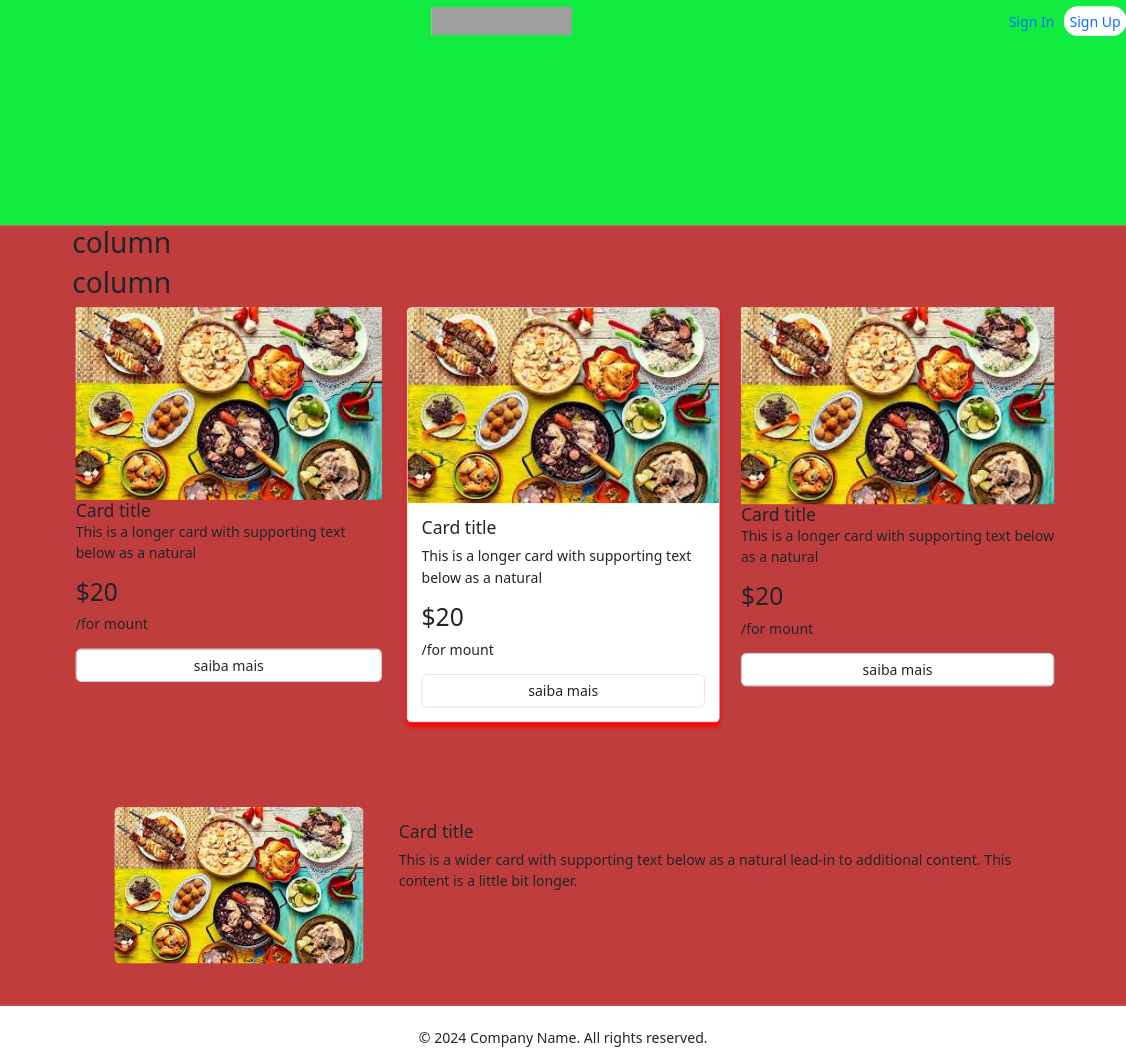
Repository: Joao-Rafael-mob/repoCurso
Page: index.html
The author's editor kept a copy of each file at every save. The page is drawn from the files as they stood at one save, then again after the next save.
The browser window is 1280 px wide. The pictures show the whole page, at 88% of full size.
Pictures or frames that could not be fetched are drawn as grey boxes.

Above is the page before, as saved 2024-09-27 10:00:50.

### index.html
<!DOCTYPE html>
<html lang="en">
  <head>
    <meta charset="UTF-8" />
    <meta name="viewport" content="width=device-width, initial-scale=1.0" />
    <title>Document</title>
    <link rel="stylesheet" href="styles.css" />
    <link
      href="https://cdn.jsdelivr.net/npm/bootstrap@5.3.3/dist/css/bootstrap.min.css"
      rel="stylesheet"
      integrity="sha384-QWTKZyjpPEjISv5WaRU9OFeRpok6YctnYmDr5pNlyT2bRjXh0JMhjY6hW+ALEwIH"
      crossorigin="anonymous"
    />
  </head>

  <body>
    <div class="imagem-fundo">
      <nav class="navbar">
        <img src="logo.png" alt="Logo" />
        <div class="nav-links">
          <a href="#" class="nav-link1">Sign In</a>
          <a href="#" class="nav-link2">Sign Up</a>
        </div>
      </nav>
    </div>
    <main>
      <div class="container">
        <div class="row row-cols-1">
          <div class="col h2">column</div>
          <div class="col h2">column</div>
        </div>
        <div class="row row-cols-1 row-cols-md-3 g-4">
          <div class="col px-3">
            <div>
              <img src="banner.jpeg" class="card-img-top" alt="" />
              <div class="card-body">
                <h5 class="card-title">Card title</h5>
                <p class="" style="max-height: 4rem; overflow: hidden">
                  This is a longer card with supporting text below as a natural
                </p>

                <h3>$20</h3>
                <p>/for mount</p>

                <button class="form-control">saiba mais</button>
              </div>
            </div>
          </div>
          <div class="col">
            <div class="card">
              <img src="banner.jpeg" class="card-img-top" alt="" />
              <div class="card-body">
                <h5 class="card-title">Card title</h5>
                <p class="" style="max-height: 4rem; overflow: hidden">
                  This is a longer card with supporting text below as a natural
                </p>
                <div>
                  <h3>$20</h3>
                  <p>/for mount</p>

                  <button class="form-control">saiba mais</button>
                </div>
              </div>
            </div>
          </div>
          <div class="col">
            <div>
              <img src="banner.jpeg" class="card-img-top" alt="" />
              <div class="card-body">
                <h5 class="card-title">Card title</h5>
                <p class="" style="max-height: 4rem; overflow: hidden">
                  This is a longer card with supporting text below as a natural
                </p>
                <div>
                  <h3>$20</h3>
                  <p>/for mount</p>

                  <button class="form-control">saiba mais</button>
                </div>
              </div>
            </div>
          </div>
        </div>
      </div>

      <div class="container mt-5">
        <div class="p-5">
          <div class="row g-0">
            <div class="col-auto me-3">
              <img src="banner.jpeg" class="rounded float-start" alt="" />
            </div>
            <div class="col ">
              <div class="mt-3 ms-4">
                <h5>Card title</h5>
                <p>
                  This is a wider card with supporting text below as a natural
                  lead-in to additional content. This content is a little bit
                  longer.
                </p>
              </div>
            </div>
          </div>
        </div>
      </div>
    </main>

    <footer class="text-center mt-4">
      <p>&copy; 2024 Company Name. All rights reserved.</p>
    </footer>

    <script
      src="https://cdn.jsdelivr.net/npm/bootstrap@5.3.3/dist/js/bootstrap.bundle.min.js"
      integrity="sha384-YvpcrYf0tY3lHB60NNkmXc5s9fDVZLESaAA55NDzOxhy9GkcIdslK1eN7N6jIeHz"
      crossorigin="anonymous"
    ></script>
  </body>
</html>

### styles.css
.imagem-fundo {
    background-color: rgb(16, 236, 64);
    background-position: center;
    color: white;
    width: 100%;
    min-height: 16rem;
}

.imagem-fundo .navbar img {
    background-color: rgb(255, 255, 255);
    margin: auto;
    width: 10rem;
    height: 2rem;
}

.imagem-fundo .navbar a {
    text-decoration: none;
    font-size: medium;
    padding: 0.4rem;
}

.imagem-fundo .navbar .nav-link2 {
    background-color: rgb(255, 255, 255);
    border-radius: 1rem;
}

.imagem-fundo .address {
    width: 50%;
    padding-top: 3rem;
    margin: auto;
}

.imagem-fundo .address a {
    width: 50%;
    margin: auto;
    text-decoration: none;
}

main  {
    background-color: rgb(192, 61, 61);

}
.card{
    box-shadow: 0px 5px 5px red;}

After the next save:
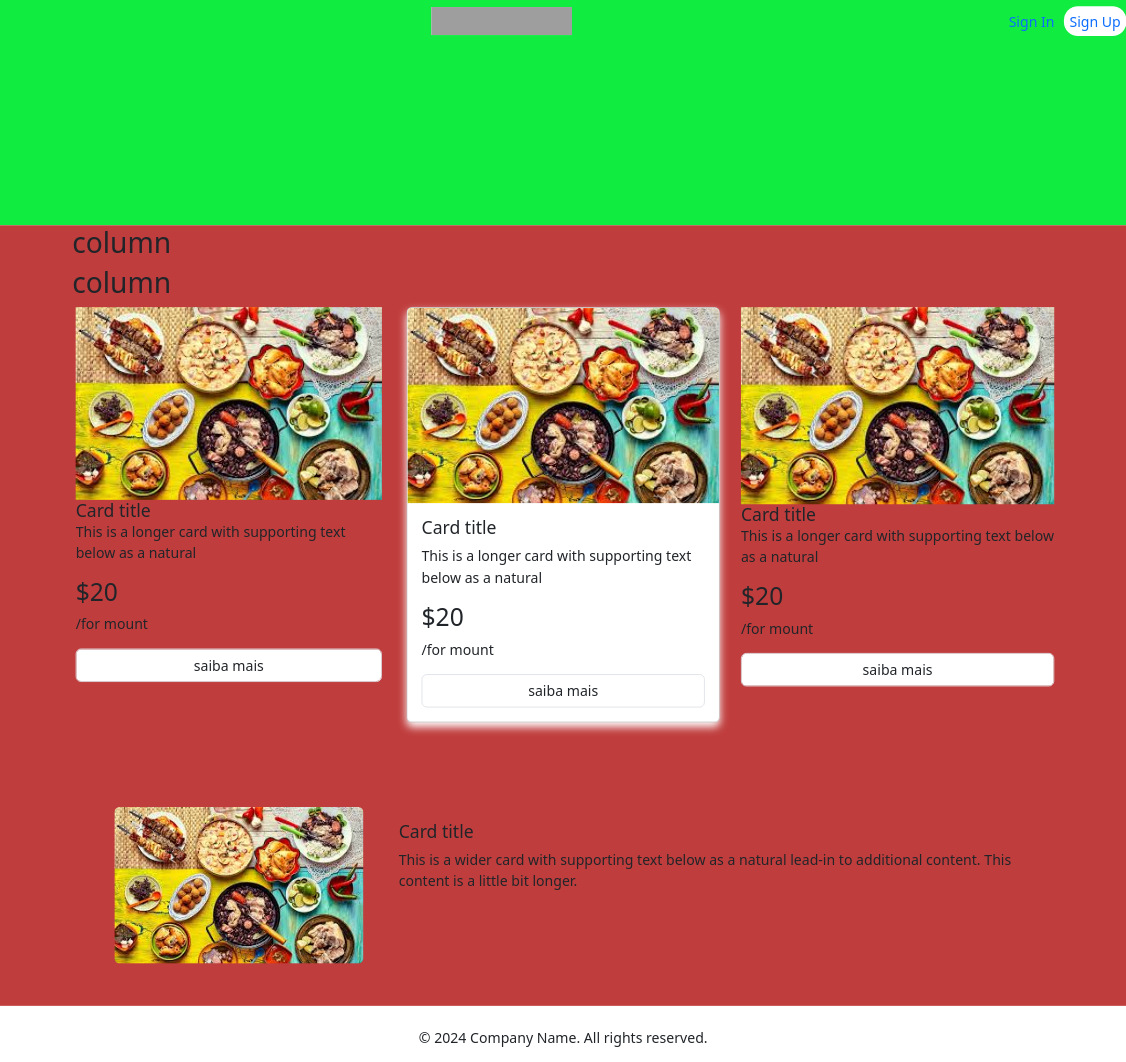
Saved 2 min 18 s later.
--- a/styles.css
+++ b/styles.css
@@ -41,4 +41,4 @@ main  {
 
 }
 .card{
-    box-shadow: 0px 5px 5px red;}
+    box-shadow: 0px 5px 10px rgb(255, 255, 255);}
